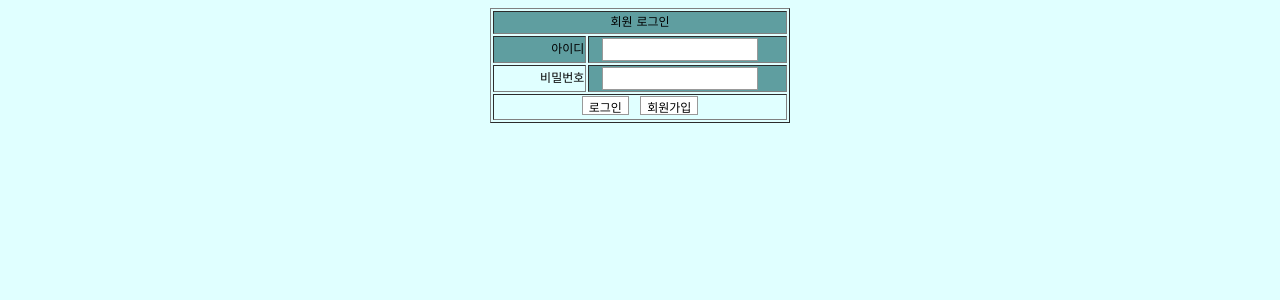
Repository: fatesky25/JSPprogram
Page: http://localhost/ServletProject/cookie/cookieMemberLogin.jsp
An editor plug-in stored every save of this project. The page is shown before and after the next save, followed by the edit.
The browser window is 1280 px wide. The pictures show the whole page.
The page is served by Tomcat 9. Nobody is signed in. The application's start-up code is not run.

Above is the page before, as saved 2023-02-13 03:20:44.

After the next save:
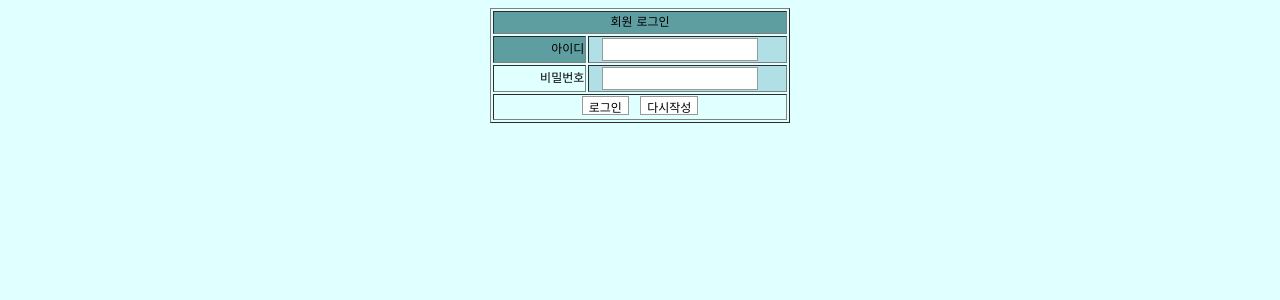
Saved 94 s later.
--- a/ServletProject/src/main/webapp/cookie/cookieMemberLogin.jsp
+++ b/ServletProject/src/main/webapp/cookie/cookieMemberLogin.jsp
@@ -1,43 +1,42 @@
 <%@ page language="java" contentType="text/html; charset=UTF-8"
     pageEncoding="UTF-8"%>
-<%@ include file="color.jsp" %>
-
+    <%@include file ="color.jsp" %>
 <!DOCTYPE html>
 <html>
 <head>
 <meta charset="UTF-8">
 <title>쿠키를 사용한 회원 인증</title>
-<link href="style.css" rel="stylesheet" type="text/css">
+<link href ="style.css" rel ="stylesheet" type ="text/css">
 </head>
 <body bgcolor="<%=bodyback_c%>">
 <form action="cookieMemberLoginOK.jsp" method="post">
 
 <table width="300" border="1" align="center">
-     <tr>
-         <td colspan="2" align="center" bgcolor="<%=title_c%>">회원 로그인</td>
-     </tr>
+			<tr>
+				<td colspan="2" align="center" bgcolor="<%=title_c%>">회원 로그인</td>
+			</tr>
 
-     <tr>
-        <td align="right" width="100" bgcolor="<%=title_c%>">아이디</td>
-        <td width="200" bgcolor="<%=title_c%>">&nbsp;&nbsp;
-        <input type="text" name="id" size="20"></td>
-     </tr>
+			<tr>
+				<td align="right" width="100" bgcolor="<%=title_c%>">아이디</td>
+				<td width="200" bgcolor="<%=value_c%>">&nbsp;&nbsp; <input type="text" name="id"
+					size="20"></td>
+			</tr>
 
-     <tr>
-        <td align="right" width="100">비밀번호</td>
-        <td width="200" bgcolor="<%=title_c%>">&nbsp;&nbsp;
-        <input type="password" name="pass" size="20"></td>
-     </tr>
+			<tr>
+				<td align="right" width="100">비밀번호</td>
+				<td width="200" bgcolor="<%=value_c%>">&nbsp;&nbsp; <input type="password" name="pass"
+					size="20"></td>
+			</tr>
 
-     <tr>
-           <td colspan="2" align="center">
-                <input type="submit" value="로그인">&nbsp;&nbsp;
-                <input type="button" value="회원가입"
-                onclick="javascript:window.location='regForm.jsp'">
-           </td>
-     </tr>
+			<tr>
+				<td colspan="2" align="center"><input type="submit" value="로그인">&nbsp;&nbsp;
+					<input type="reset" value="다시작성"
+					></td>
+
+			</tr>
+
+		</table>
 
 </form>
 
 </body>
-</html>
